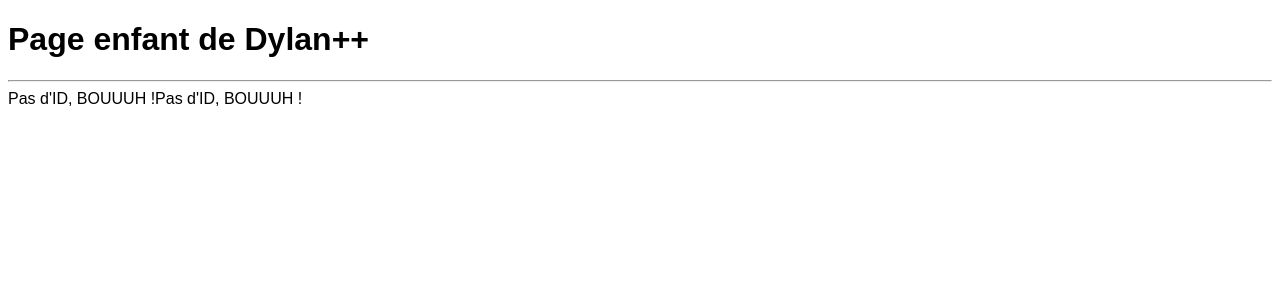
Repository: DylanCahu/cookie
Page: http://localhost/enfant.php
The author's editor kept a copy of each file at every save. The page is drawn from the files as they stood at one save, then again after the next save.
The browser window is 1280 px wide. The pictures show the whole page.
The page is run by PHP 8.4 with error messages shown; the project is at /var/www/html/.

Above is the page before, as saved 2021-12-10 14:40:04.

### enfant.php
<!DOCTYPE html>
<html>
    <head>
        <title>Index Cookies</title>
        <meta charset="utf-8">
        <style>
body	{	font-family	:	Arial	;
		}
</style>
    </head>

    <body>
        <h1>Page enfant de Dylan++</h1>
        <hr>
        <?php
if (isset($_COOKIE['numClient'])) {
    echo "<h3>Votre ID est: " . $_COOKIE['numClient'] . " ";
    $id = $_COOKIE['numClient'];}
else {echo "Pas d'ID, BOUUUH !";
    $id = 0;}
if (isset($_GET['id'])) {
        echo "<h3>Votre ID est: " . $_GET['id'] . " ";
        $id = $_GET['id'];}
    else {echo "Pas d'ID, BOUUUH !";
        $id = 0;}
?>

    </body>
</html>

After the next save:
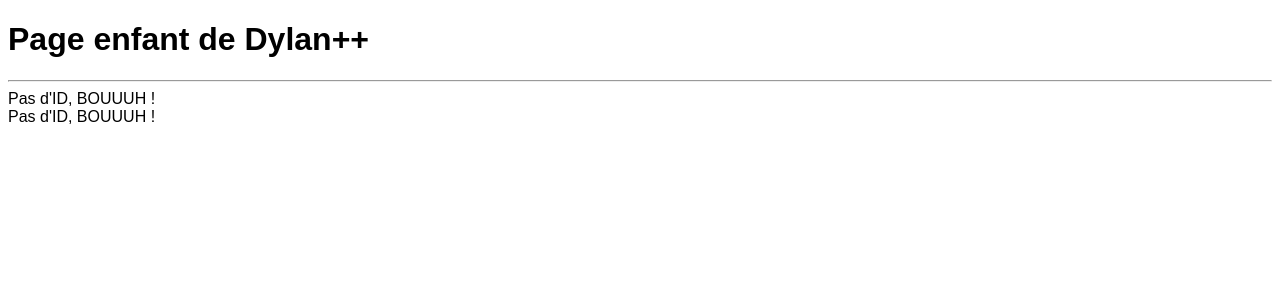
Saved 66 s later.
--- a/enfant.php
+++ b/enfant.php
@@ -14,14 +14,14 @@ body	{	font-family	:	Arial	;
         <hr>
         <?php
 if (isset($_COOKIE['numClient'])) {
-    echo "<h3>Votre ID est: " . $_COOKIE['numClient'] . " ";
+    echo "<h3>Votre ID est: " . $_COOKIE['numClient'] . " </br>";
     $id = $_COOKIE['numClient'];}
-else {echo "Pas d'ID, BOUUUH !";
+else {echo "Pas d'ID, BOUUUH !</br>";
     $id = 0;}
 if (isset($_GET['id'])) {
-        echo "<h3>Votre ID est: " . $_GET['id'] . " ";
+        echo "<h3>Votre ID est: " . $_GET['id'] . "</br> ";
         $id = $_GET['id'];}
-    else {echo "Pas d'ID, BOUUUH !";
+    else {echo "Pas d'ID, BOUUUH !</br>";
         $id = 0;}
 ?>
 
